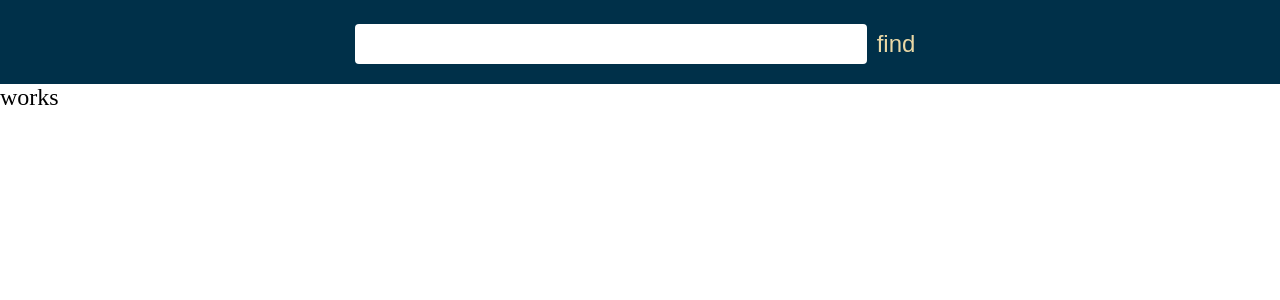
Repository: rutsguifd/uni
Page: / (app in filmhub-react/)
These files come from the project's save history. The page is drawn as it stood at one moment and after the next save; the edit follows.
The browser window is 1280 px wide. The pictures show the whole page.
The project was rebuilt for these pictures with package versions that can differ from the ones it lists, and the page was loaded fresh each time.

Above is the page before, as saved 2022-04-13 01:28:33.

After the next save:
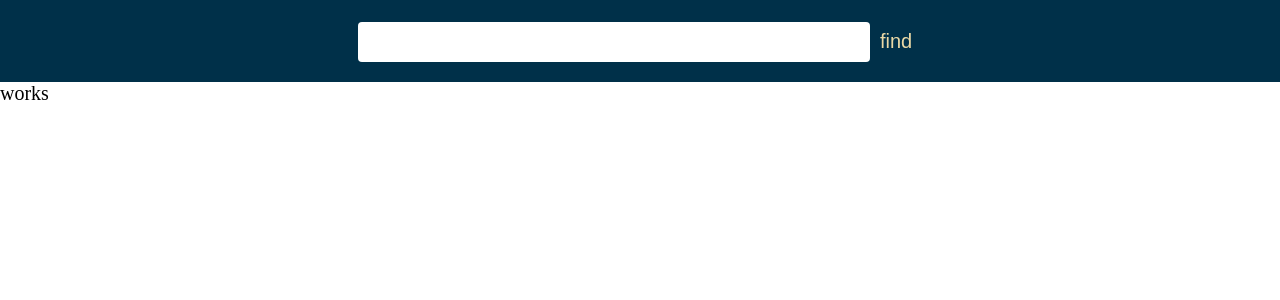
Saved 5 s later.
--- a/filmhub-react/src/styles/App.scss
+++ b/filmhub-react/src/styles/App.scss
@@ -1,5 +1,5 @@
 * {
-    font-size: 24px;
+    font-size: 20px;
     margin: 0;
     padding: 0;
 }
